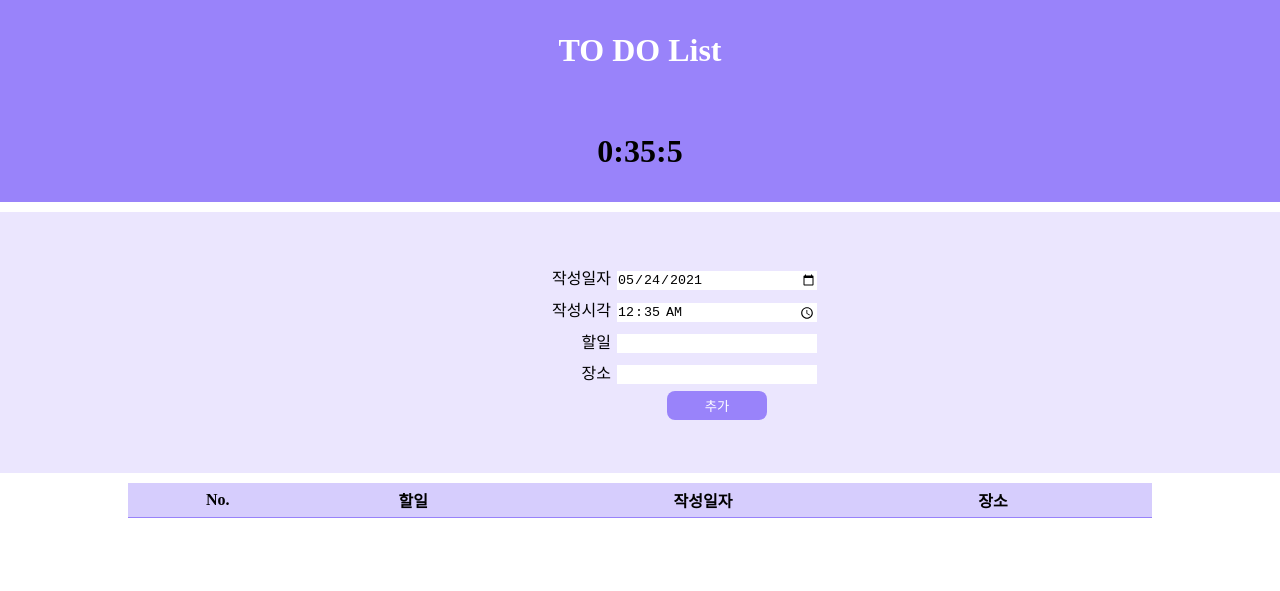
Repository: soyeon-noh/TodoList_Project
Page: http://localhost/Server_PR_TodoList/
The author's editor kept a copy of each file at every save. The page is drawn from the files as they stood at one save, then again after the next save.
The browser window is 1280 px wide. The pictures show the whole page.
The page is served by Tomcat 9. Queries for data that is not in the repository find no rows.

Above is the page before, as saved 2021-05-25 04:49:45.

After the next save:
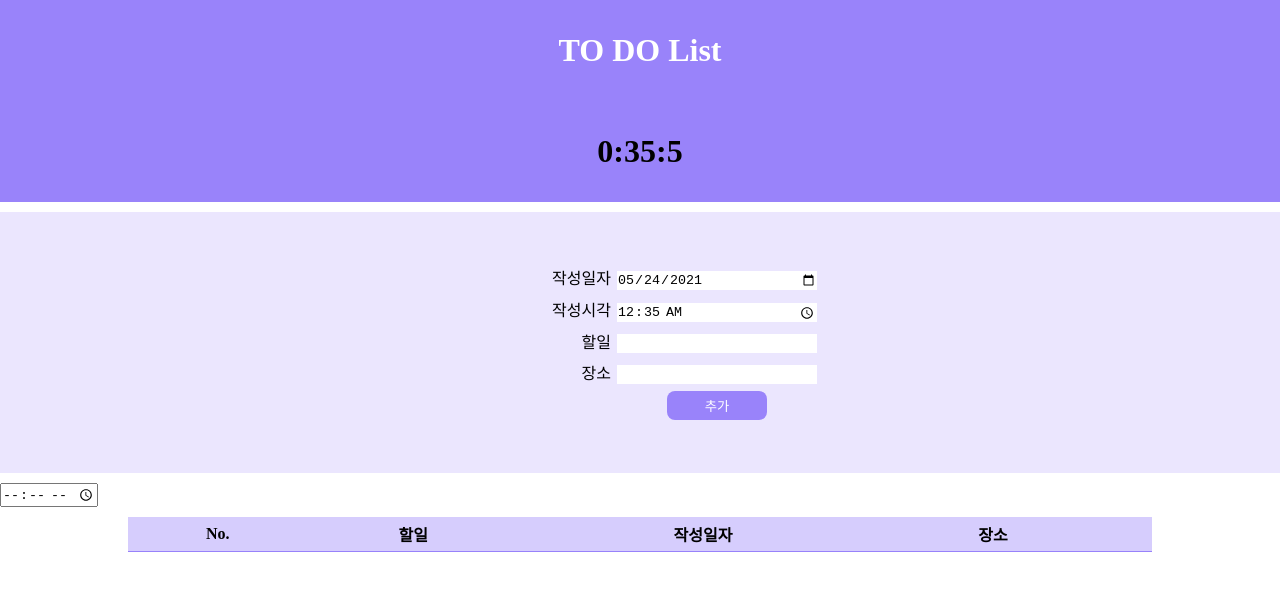
Saved 5 min 50 s later.
--- a/Server_PR_TodoList/src/main/webapp/WEB-INF/views/home.jsp
+++ b/Server_PR_TodoList/src/main/webapp/WEB-INF/views/home.jsp
@@ -48,6 +48,10 @@
    			<button class="btn_insert" type="button">추가</button>
 		</div>
     </form>
+
+    <div class="select">
+    	<input name="td_place" type="time">
+    </div>
 
     <table id="tdlist">
       <tr>
